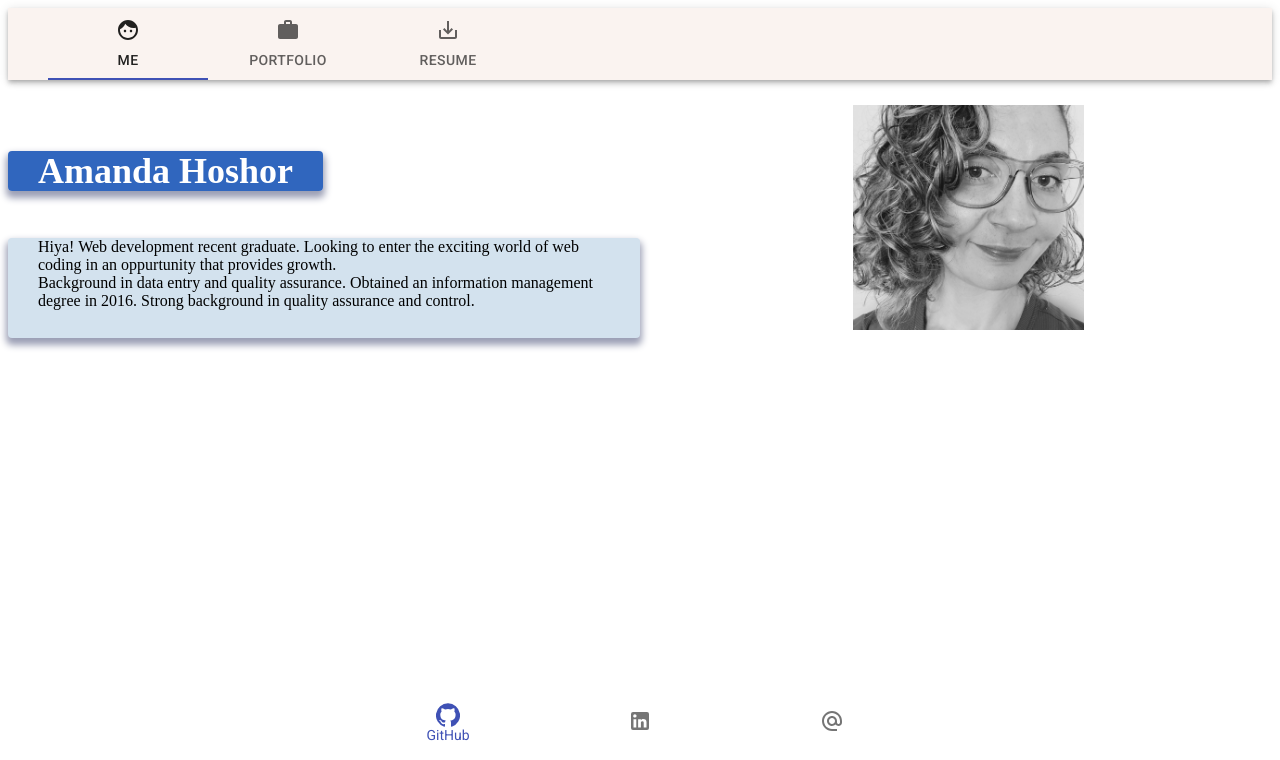
Repository: mandahos/hoshor
Page: /
The author's editor kept a copy of each file at every save. The page is drawn from the files as they stood at one save, then again after the next save.
The browser window is 1280 px wide. The pictures show the whole page.
The project was rebuilt for these pictures with package versions that can differ from the ones it lists, and the page was loaded fresh each time. Also part of the build but not shown: src/components/Portfolio/index.js, src/components/Resume/index.js. Imported but missing from the stored project, and not drawn on this page: src/assets/resume/Amanda_Hoshor_Resume.PDF, src/assets/resume/Resume_Hoshor (1).pdf.

Above is the page before, as saved 2021-08-22 09:06:54.

After the next save:
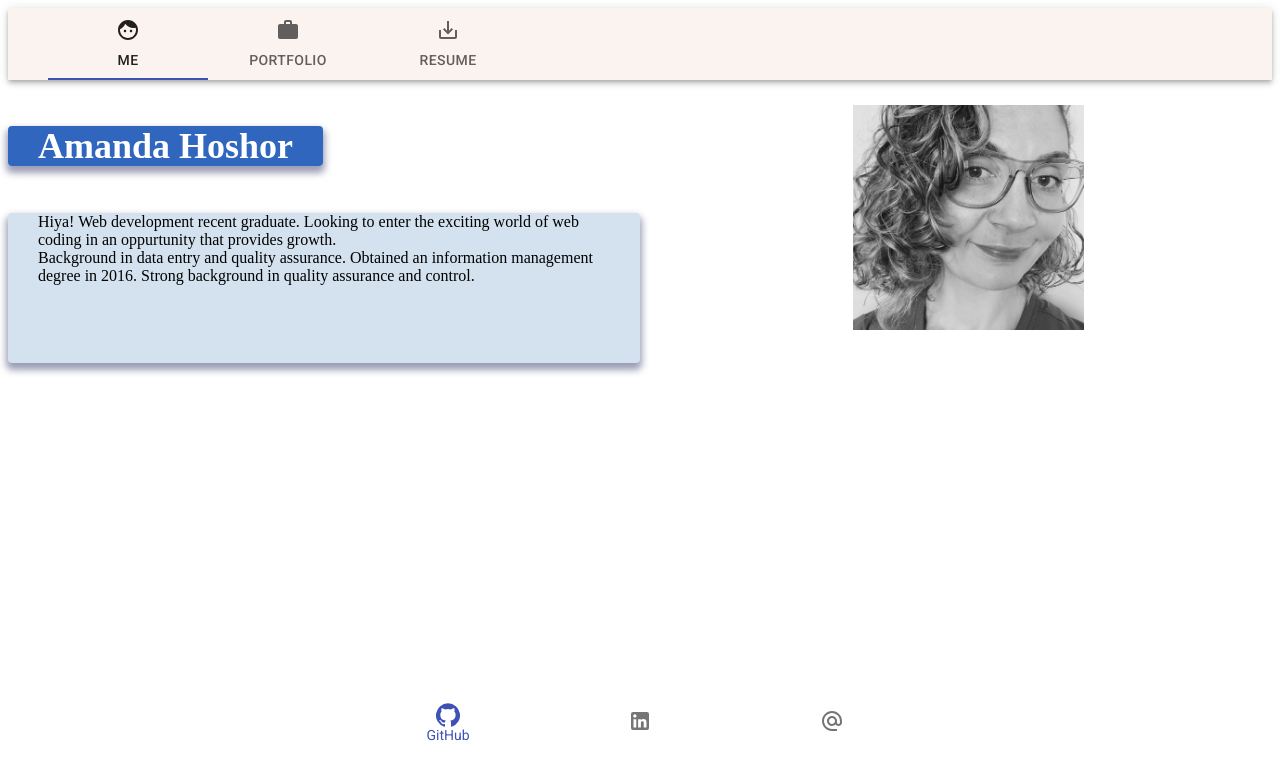
Saved 7 s later.
--- a/src/components/Me/index.js
+++ b/src/components/Me/index.js
@@ -30,7 +30,7 @@ const useStyles = makeStyles({
     border: 0,
     borderRadius: 4,
     boxShadow: '0 5px 7px 2px #9b9fb5',
-    height: 100,
+    height: 150,
     padding: '0 30px',
   }
 
